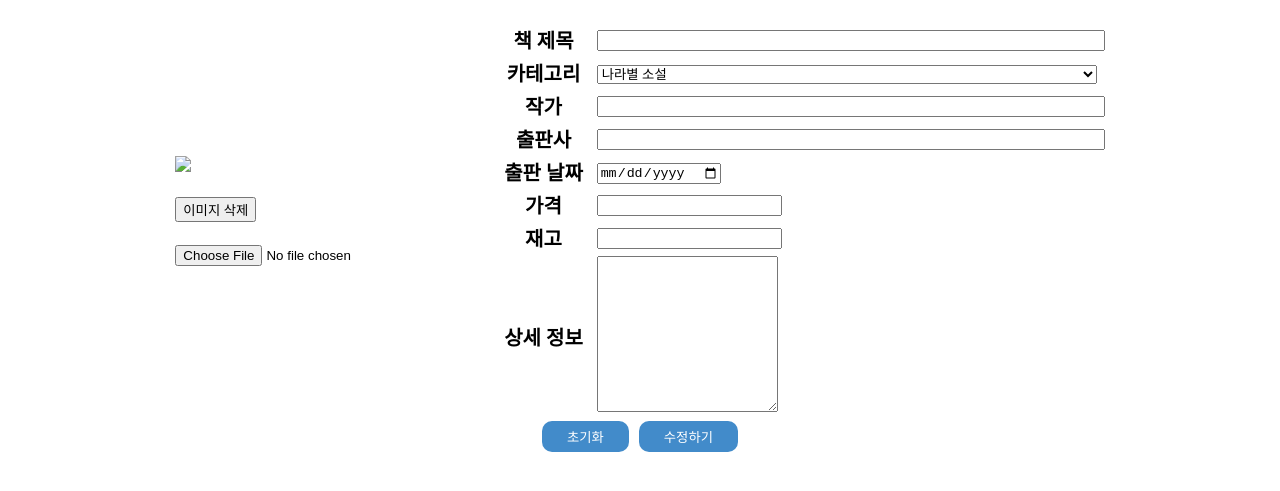
Repository: Toriikk/SpringProject_Bookstay
Page: http://localhost/geniebook/WEB-INF/views/admin/updateProductForm.jsp
An editor plug-in stored every save of this project. The page is shown before and after the next save, followed by the edit.
The browser window is 1280 px wide. The pictures show the whole page.
The page is served by Tomcat 9. Nobody is signed in. Other server files are loaded and not shown. The template is opened directly, without the code that normally fills it, so the values that code supplies are empty.

Above is the page before, as saved 2022-08-31 07:52:34.

### geniebook/src/main/webapp/WEB-INF/views/admin/updateProductForm.jsp
<%@page import="java.util.Map"%>
<%@ page language="java" contentType="text/html; charset=UTF-8"
	pageEncoding="UTF-8"%>
<%@ taglib prefix="c" uri="http://java.sun.com/jsp/jstl/core"%>
<%@ taglib prefix="fmt" uri="http://java.sun.com/jsp/jstl/fmt"%>
<c:set var="contextPath" value="${pageContext.request.contextPath}" />
<fmt:formatDate var="pubDate" value="${productVO.pubYear}"
	pattern="yyyy-MM-dd" />
<!DOCTYPE html>
<html>
<head>
<style type="text/css">
button, .button {
	border-radius: 10px;
	background: #428bca;
	border: medium none;
	color: #FFFFFF;
	font-family: 'Roboto', sans-serif;
	padding: 6px 25px;
}
</style>
<script type="text/javascript"
	src="${contextPath}/resources/js/jquery.js"></script>
<script type="text/javascript">
	function readURL(input) {
		if (input.files && input.files[0]) {
			var reader = new FileReader();
			reader.onload = function(e) {
				$('#imageFile').attr('src', e.target.result);
			}
			reader.readAsDataURL(input.files[0]);
			document.getElementById("imageFile").style.display = "block";
		}
	}
	function fn_enable(obj) {
		document.getElementById("i_title").disabled = false;
		document.getElementById("i_content").disabled = false;
		document.getElementById("mod_btn").style.display = "none";
		document.getElementById("submit").style.display = "block";
		if ($('#imageFile').val() != "") {
			document.getElementById("del_btn").style.display = "block";
		}
		document.getElementById("mod_file").style.display = "block";
		//document.getElementById("tr_file_upload").style.display="block";
		//document.getElementById("tr_btn").style.display="none"; */
	}
	function del_image(obj) {
		$("#imageFileName").val("");
		document.getElementById("imageFile").style.display = "none";
	}
	/* 	$(document).ready(function() {
	 $(updateForm.category.option).each(function() {
	 if ($(obj).val() == "${productVO.category}") {
	 $(obj).attr("selected", "selected"); // attr적용안될경우 prop으로
	 }
	 });
	 }); */
</script>
<meta charset="UTF-8">
</head>
<body>
	<div class="container">
		<h2 align="center">
			<b>${productVO.bookName}</b>
		</h2>
		<div class="col-sm-12">
			<form
				action="${contextPath}/admin/updateProduct?${_csrf.parameterName}=${_csrf.token}&bookNo=${productVO.bookNo}"
				enctype="multipart/form-data" method="post" id="updateForm">
				<table class="table" border="0"
					style="margin-left: auto; margin-right: auto; font-size: 20px;">
					<tr>
						<td rowspan="9"><input type="hidden" name="imageFileName"
							id="imageFileName" value="${productVO.imageFileName}" /> <c:choose>
								<c:when test="${not empty productVO.imageFileName}">
									<img
										src="${contextPath}/download2.do?imageFileName=${productVO.imageFileName}"
										id="imageFile" style="width: 350px; height: auto;" />
								</c:when>
								<c:otherwise>
									<img height="300" id="imageFile" src="#"
										style="width: 350px; height: auto;" />
								</c:otherwise>
							</c:choose>
							<p>
								<input type="button" value="이미지 삭제" id="del_btn"
									onClick="del_image(this.form)">
							<p>
								<input type="file" name="mod_file " id="mod_file"
									onchange="readURL(this);">
					</tr>
					<tr>
						<th>책 제목</th>
						<td><input type="text" name="bookName" id="bookName"
							style="width: 500px;" value="${productVO.bookName}"></td>
					</tr>
					<tr>
						<th>카테고리</th>
						<td><select name="category" id="category"
							style="width: 500px;">
								<optgroup label="소설">
									<option value="novel1">나라별 소설</option>
									<option value="novel2">고전/문학</option>
									<option value="novel3">장르소설</option>
								</optgroup>
								<optgroup label="시/에세이">
									<option value="poem1">한국시</option>
									<option value="poem2">외국시</option>
									<option value="poem3">여행 에세이</option>
								</optgroup>
								<optgroup label="자기계발">
									<option value="selfDevelopment1">대화/협상</option>
									<option value="selfDevelopment2">자기능력계발</option>
								</optgroup>
								<optgroup label="인문">
									<option value="liberal1">인문일반</option>
									<option value="liberal2">심리</option>
									<option value="liberal3">철학</option>
								</optgroup>
								<optgroup label="어린이">
									<option value="child1">어린이(공통)</option>
									<option value="child2">초등</option>
								</optgroup>
						</select></td>
					</tr>
					<tr>
						<th>작가</th>
						<td><input type="text" name="writer" id="writer"
							style="width: 500px;" value="${productVO.writer}"></td>
					</tr>
					<tr>
						<th>출판사</th>
						<td><input type="text" name="publisher" id="publisher"
							style="width: 500px;" value="${productVO.publisher}"></td>
					</tr>
					<tr>
						<th>출판 날짜</th>
						<td><input type="date" name="pubYear" id="pubYear"
							value="${pubDate}"></td>
					</tr>
					<tr>
						<th>가격</th>
						<td><input type="number" name="price" id="price"
							value="${productVO.price}"></td>
					</tr>
					<tr>
						<th>재고</th>
						<td><input type="number" name="stock" id="stock"
							value="${productVO.stock}"></td>
					<tr>
						<th>상세 정보</th>
						<td width="55%"><textarea name="description" id="description"
								rows="10">${productVO.description}</textarea></td>
					</tr>
					<tr align="center">
						<td colspan="3"><input type="reset" value="초기화"
							class="button" />&nbsp; <input type="submit" value="수정하기"
							class="button"></td>
					</tr>
				</table>
			</form>
		</div>
	</div>
</body>
</html>

Loaded but not shown: geniebook/src/main/webapp/resources/js/jquery.js (library)

After the next save:
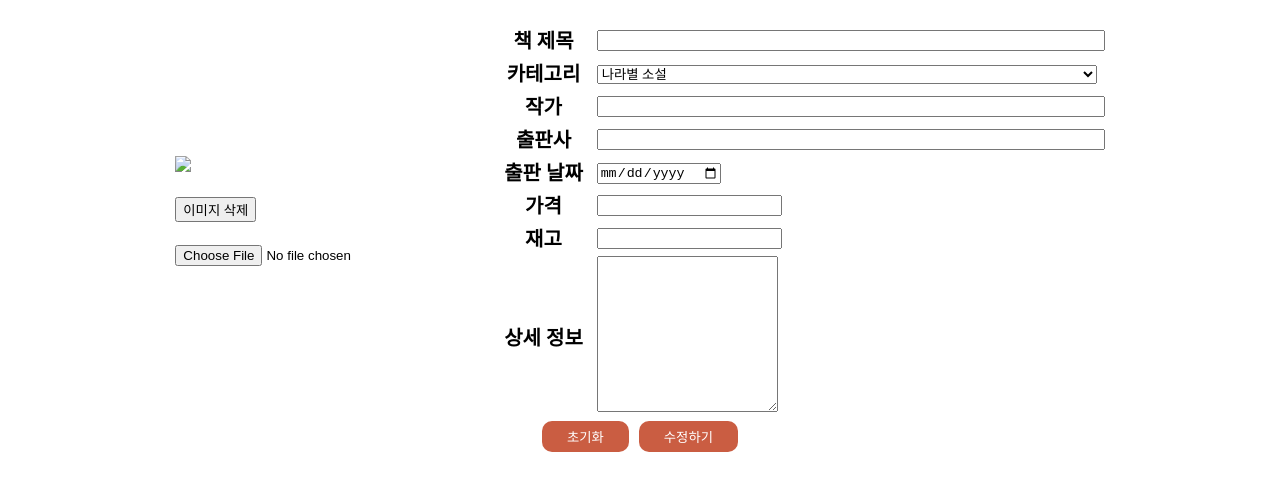
Saved 8 s later.
--- a/geniebook/src/main/webapp/WEB-INF/views/admin/updateProductForm.jsp
+++ b/geniebook/src/main/webapp/WEB-INF/views/admin/updateProductForm.jsp
@@ -12,7 +12,7 @@
 <style type="text/css">
 button, .button {
 	border-radius: 10px;
-	background: #428bca;
+	background: #ca5d42;
 	border: medium none;
 	color: #FFFFFF;
 	font-family: 'Roboto', sans-serif;
